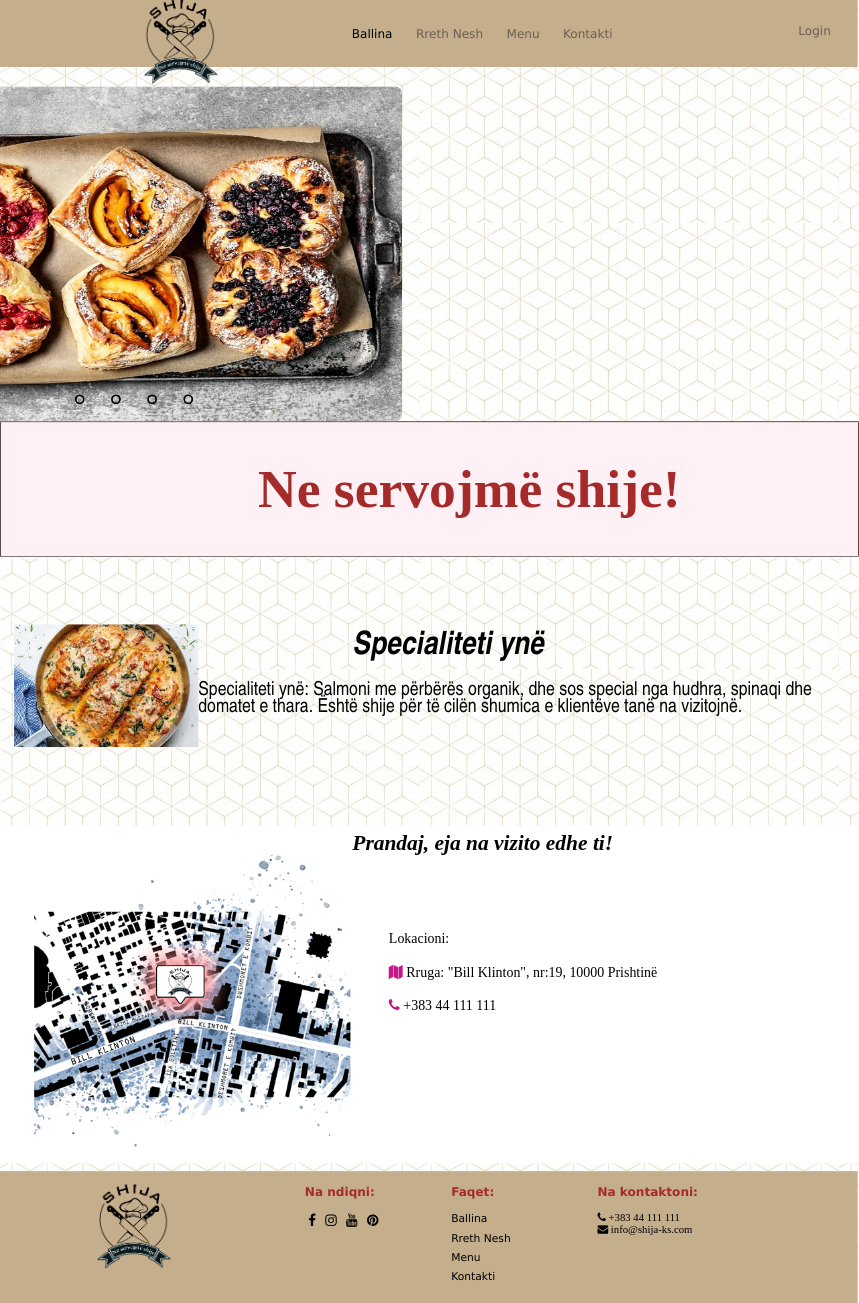
Repository: bs47892/ProjektiWeb-Shija2020
Page: http://localhost/shija.html
The author's editor kept a copy of each file at every save. The page is drawn from the files as they stood at one save, then again after the next save.
The browser window is 1280 px wide. The page is 1282 px wide, so the pictures cover 1282 px, including what lies to the right of the window. The pictures show the whole page, at 67% of full size.
The page is run by PHP 8.4 with error messages shown; the project is at /var/www/html/.

Above is the page before, as saved 2021-02-11 23:11:37.

After the next save:
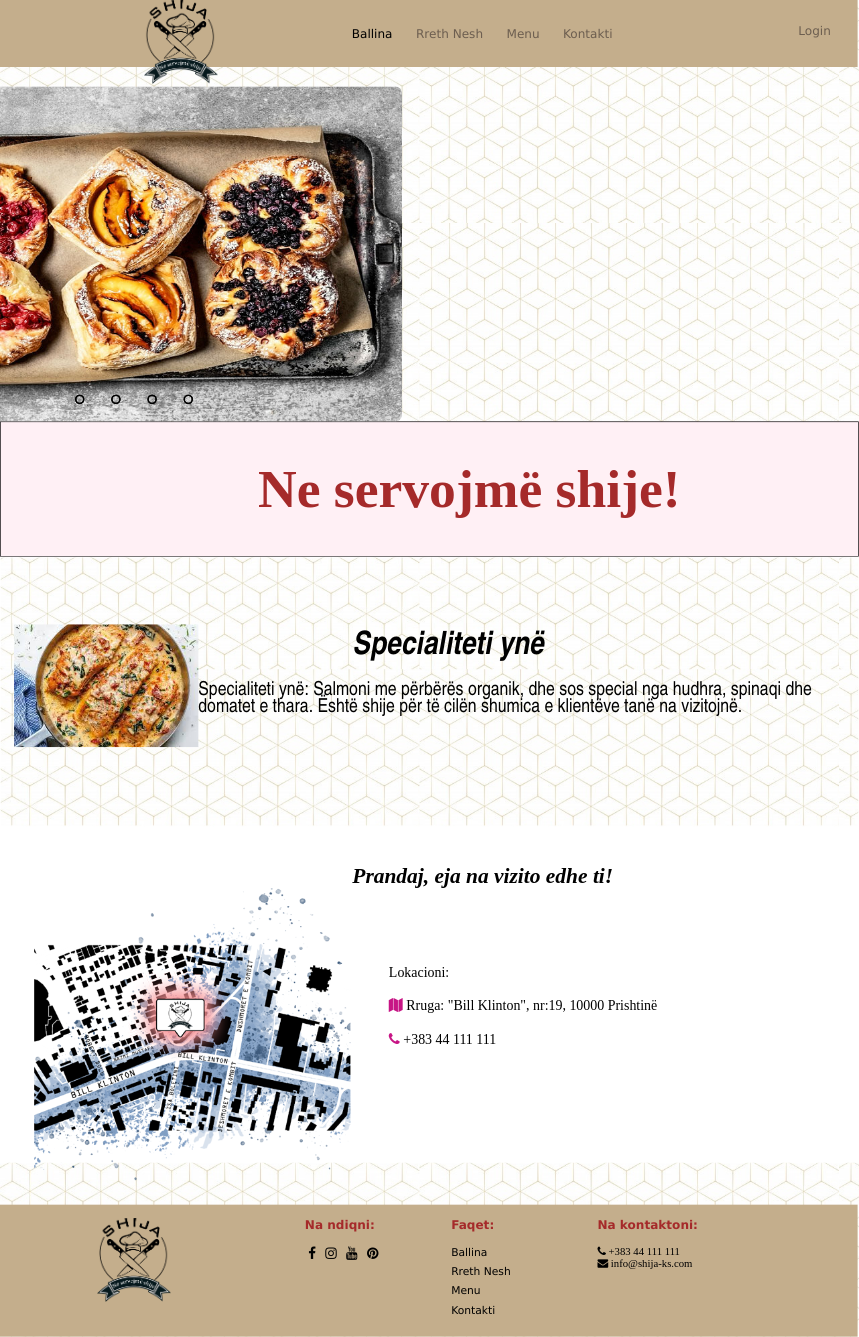
Saved 30 s later.
--- a/style.css
+++ b/style.css
@@ -286,7 +286,7 @@ footer{
 .lokacioni h1{
 
     font-style: italic;
-    margin-right: 20%;
+    margin-top: 50px;
 }
 .lokacioni p{
 float: right;
